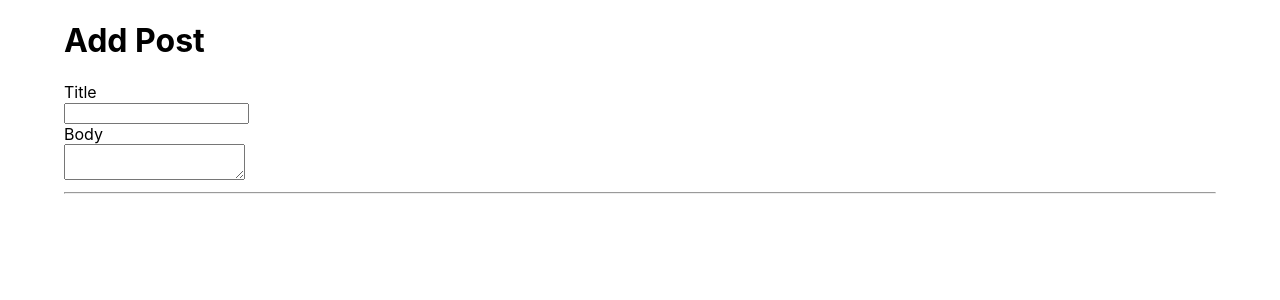
Repository: akinsikuoluwafemi/Red
Page: /
The author's editor kept a copy of each file at every save. The page is drawn from the files as they stood at one save, then again after a run of saves.
The browser window is 1280 px wide. The pictures show the whole page.
The page's requests for data from a server got no answer. The project was rebuilt for these pictures with package versions that can differ from the ones it lists, and the page was loaded fresh each time. No one was signed in, and anything a server would have sent is missing.

Above is the page before, as saved 2021-01-18 09:05:50.

### src/App.js
import logo from './logo.svg';
import './App.css';
import Posts from './components/Posts';
import PostForm from './components/PostForm';



function App() {
  return (
    <div className="App">
      <PostForm />
      <hr/>
      <Posts/>
    </div>
  );
}

export default App;

### src/components/Posts.js
import React, { Component } from 'react'

 class Posts extends Component {

     state = {
            posts: []
        }

    componentDidMount() {
        fetch('https://jsonplaceholder.typicode.com/posts')
            .then(res => res.json())
            .then(data => this.setState({posts: data}));
    }
    render() {
        const postItems = this.state.posts.map(post => (
            <div key={post.id}>
                <h3>{post.title}</h3>
                <p>{ post.body}</p>
           </div>
       ))

        return (
            <div>
                {postItems}
            </div>
        )
    }
}

export default Posts

### src/components/PostForm.js
import React, { Component } from 'react'

 class PostForm extends Component {
     state = {

   }

    render() {
        return (
          <div>
            <h1>Add Post</h1>
            <form>
              <div>
                <label>Title</label> <br/>
                <input type="text" name="title"/>
              </div>
              <div>
                <label>Body</label> <br/>
                        <textarea name="body" /> <br />

              </div>
            </form>
          </div>
        );
    }
}

export default PostForm

Loaded but not shown: public/index.html (common file); src/index.js (common file); src/index.css (common file); src/reportWebVitals.js (common file); src/App.css (common file)

After the next 2 saves:
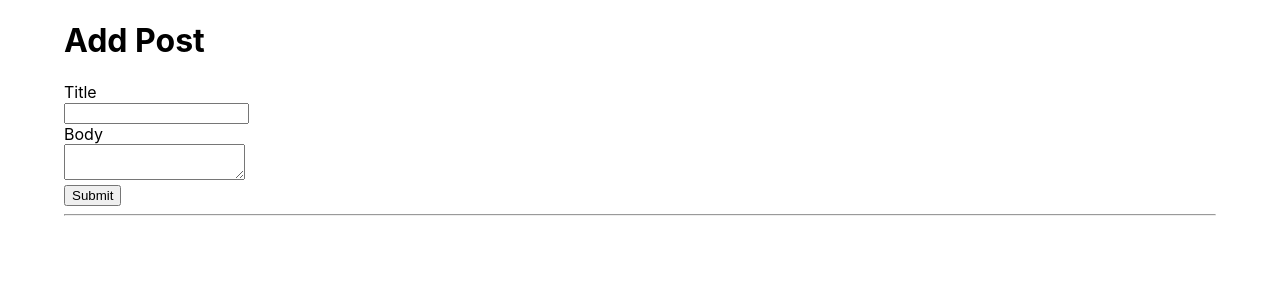
The 2 saves are shown as one change because they came seconds apart.
The last was saved 7 s later.
--- a/src/components/PostForm.js
+++ b/src/components/PostForm.js
@@ -17,7 +17,7 @@ import React, { Component } from 'react'
               <div>
                 <label>Body</label> <br/>
                         <textarea name="body" /> <br />
-
+                        <button>Submit</button>
               </div>
             </form>
           </div>
